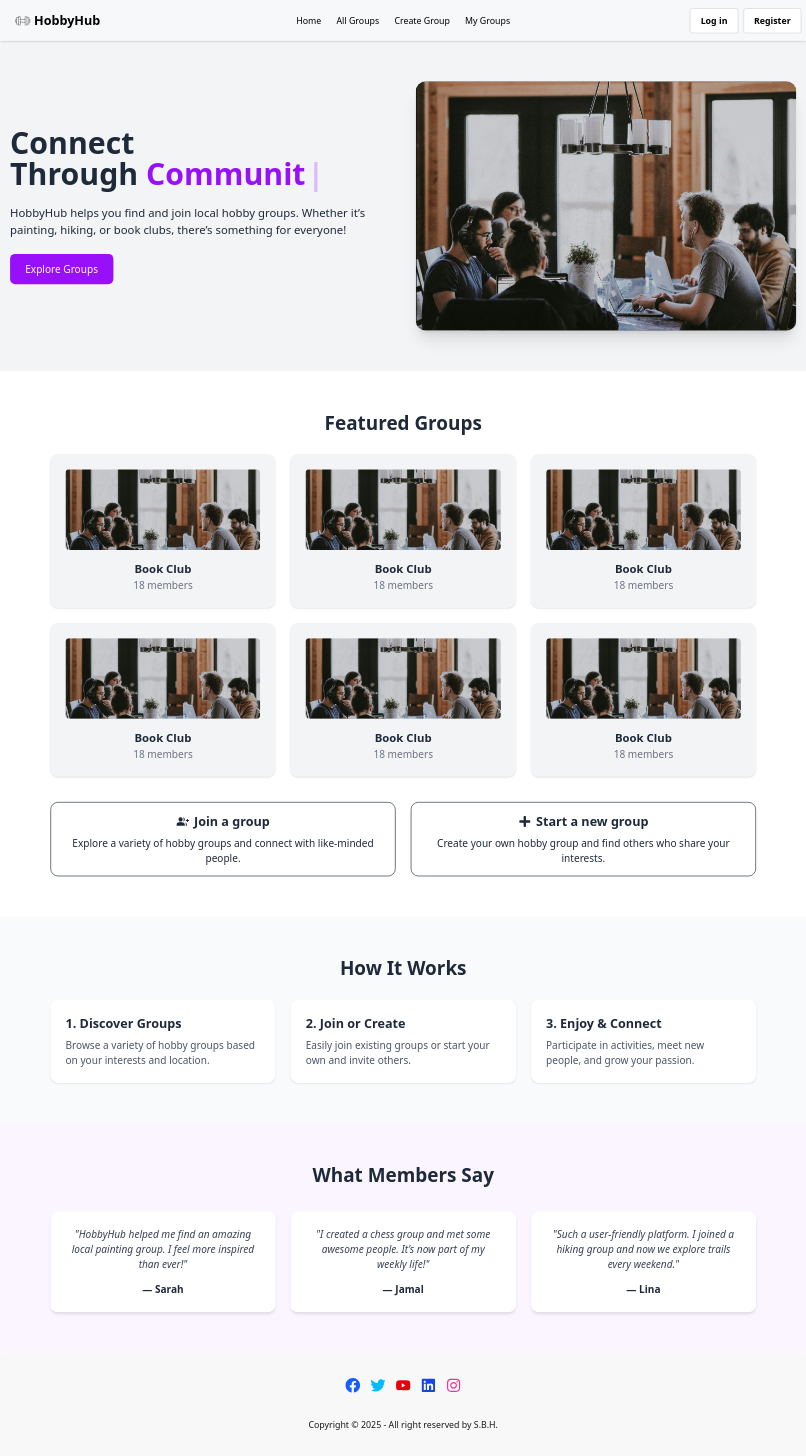
Repository: syedbayzid82849/Hobby_Hub_Client_site
Page: /
These files come from the project's save history. The page is drawn as it stood at one moment and after the next save; the edit follows.
The browser window is 1280 px wide. The pictures show the whole page, at 63% of full size.
The project was rebuilt for these pictures with package versions that can differ from the ones it lists, and the page was loaded fresh each time. Also part of the build but not shown: src/App.jsx.

Above is the page before, as saved 2025-05-20 19:28:40.

### src/main.jsx
import { StrictMode } from 'react'
import { createRoot } from 'react-dom/client'
import './index.css'
import App from './App.jsx'
import { RouterProvider } from 'react-router'
import router from './Routes/Router.jsx'

createRoot(document.getElementById('root')).render(
  <StrictMode>
    <RouterProvider router={router}></RouterProvider>
  </StrictMode>,
)

### src/Routes/Router.jsx
import React from 'react';
import {createBrowserRouter} from "react-router";
import Root from "../Root/Root";
import Home from '../Pages/Home/Home';

const router = createBrowserRouter(
    [
        {
            path: '/',
            element: <Root></Root>,
            children: [
                {
                    index: true,
                    path: '/',
                    element: <Home></Home>
                }
            ]
        }
    ]
);

export default router;

### src/Root/Root.jsx
import React from 'react';
import Navbar from '../Components/Navbar/Navbar';
import { Outlet } from 'react-router';
import Footer from '../Components/Footer/Footer'

const Root = () => {
    return (
        <div className="min-h-screen flex flex-col" >
            <Navbar></Navbar>
            <div className="flex-grow">
                <Outlet></Outlet>
            </div>
            <Footer></Footer>
        </div>
    );
};

export default Root;

### src/Pages/Home/Home.jsx
import { useEffect } from "react";
import { Link } from "react-router";
import { Typewriter } from "react-simple-typewriter";
import { Fade } from "react-awesome-reveal";
import img from '../../assets/hero.png';
import { MdGroupAdd } from "react-icons/md";
import { FaPlus } from "react-icons/fa";



const Home = () => {
    useEffect(() => {
        window.scrollTo(0, 0);
    }, []);

    return (
        <div className="text-gray-800 dark:text-gray-100">
            {/* Hero Section */}
            <section className="bg-gray-100 dark:bg-gray-800">
                <div className="max-w-7xl mx-auto px-4 py-16 flex flex-col-reverse lg:flex-row items-center justify-between gap-10">
                    <div className="lg:w-1/2 space-y-6">
                        <h1 className="text-4xl md:text-5xl font-bold">
                            Connect Through&nbsp;
                            <span className="text-purple-600">
                                <Typewriter
                                    words={["Hobbies", "Creativity", "Community"]}
                                    loop={true}
                                    cursor
                                    cursorStyle="|"
                                    typeSpeed={80}
                                    deleteSpeed={50}
                                    delaySpeed={1500}
                                />
                            </span>
                        </h1>
                        <p className="text-lg">
                            HobbyHub helps you find and join local hobby groups. Whether it’s painting, hiking, or book clubs, there’s something for everyone!
                        </p>
                        <Link to="/groups">
                            <button className="bg-purple-600 text-white px-6 py-3 rounded-lg hover:bg-purple-700 transition-all">
                                Explore Groups
                            </button>
                        </Link>
                    </div>

                    <div className="lg:w-1/2">
                        <img
                            src={img}
                            alt="Hobby Community"
                            className="w-full rounded-2xl shadow-xl"
                        />
                    </div>
                </div>
            </section>

            {/* Featured Groups (Dummy for now) */}
            <section className="py-16 bg-white dark:bg-gray-900">
                <div className="max-w-6xl mx-auto px-4 text-center">
                    <h2 className="text-3xl font-bold mb-8">Featured Groups</h2>
                    <div className="grid grid-cols-1 md:grid-cols-2 lg:grid-cols-3 gap-6">
                        {/* Group Card 1 */}
                        <div className="p-6 bg-gray-100 dark:bg-gray-800 rounded-xl shadow hover:shadow-lg transition">
                            <img
                                src={img}
                                alt=""
                                className="rounded-md w-full h-32 object-cover mb-4"
                            />
                            <h3 className="text-lg font-semibold">Book Club</h3>
                            <p className="text-gray-500">18 members</p>
                        </div>
                        {/* Group Card 1 */}
                        <div className="p-6 bg-gray-100 dark:bg-gray-800 rounded-xl shadow hover:shadow-lg transition">
                            <img
                                src={img}
                                alt=""
                                className="rounded-md w-full h-32 object-cover mb-4"
                            />
                            <h3 className="text-lg font-semibold">Book Club</h3>
                            <p className="text-gray-500">18 members</p>
                        </div>
                        {/* Group Card 1 */}
                        <div className="p-6 bg-gray-100 dark:bg-gray-800 rounded-xl shadow hover:shadow-lg transition">
                            <img
                                src={img}
                                alt=""
                                className="rounded-md w-full h-32 object-cover mb-4"
                            />
                            <h3 className="text-lg font-semibold">Book Club</h3>
                            <p className="text-gray-500">18 members</p>
                        </div>
                        {/* Group Card 1 */}
                        <div className="p-6 bg-gray-100 dark:bg-gray-800 rounded-xl shadow hover:shadow-lg transition">
                            <img
                                src={img}
                                alt=""
                                className="rounded-md w-full h-32 object-cover mb-4"
                            />
                            <h3 className="text-lg font-semibold">Book Club</h3>
                            <p className="text-gray-500">18 members</p>
                        </div>
                        {/* Group Card 1 */}
                        <div className="p-6 bg-gray-100 dark:bg-gray-800 rounded-xl shadow hover:shadow-lg transition">
                            <img
                                src={img}
                                alt=""
                                className="rounded-md w-full h-32 object-cover mb-4"
                            />
                            <h3 className="text-lg font-semibold">Book Club</h3>
                            <p className="text-gray-500">18 members</p>
                        </div>
                        {/* Group Card 1 */}
                        <div className="p-6 bg-gray-100 dark:bg-gray-800 rounded-xl shadow hover:shadow-lg transition">
                            <img
                                src={img}
                                alt=""
                                className="rounded-md w-full h-32 object-cover mb-4"
                            />
                            <h3 className="text-lg font-semibold">Book Club</h3>
                            <p className="text-gray-500">18 members</p>
                        </div>
                    </div>

                </div>
                <div className="max-w-6xl mx-auto px-4 text-center pt-10">
                    <div className="grid grid-cols-1 md:grid-cols-2 gap-6 text-center">
                        <Link to={'/join-group'}>
                            <div className="p-4  rounded-xl border">
                                <h4 className="text-xl font-semibold mb-2 flex justify-center items-center gap-2">
                                    <MdGroupAdd />
                                    Join a group
                                </h4>
                                <p className="">
                                    Explore a variety of hobby groups and connect with like-minded people.
                                </p>
                            </div>
                        </Link>
                        <Link to={'/create-group'}>
                            <div className="p-4  rounded-xl border">
                                <h4 className="text-xl font-semibold mb-2 flex justify-center items-center gap-2 ">
                                    <FaPlus />
                                    Start a new group
                                </h4>
                                <p className="">
                                    Create your own hobby group and find others who share your interests.
                                </p>
                            </div>
                        </Link>
                    </div>
                </div>
            </section>
            <section className="py-16 bg-gray-50 dark:bg-gray-900">
                <div className="max-w-6xl mx-auto px-4 text-center">
                    <Fade direction="up">
                        <h2 className="text-3xl font-bold mb-8">How It Works</h2>
                        <div className="grid grid-cols-1 md:grid-cols-3 gap-6 text-left">
                            <div className="p-6 bg-white dark:bg-gray-800 rounded-xl shadow">
                                <h3 className="text-xl font-semibold mb-2">1. Discover Groups</h3>
                                <p className="text-gray-600 dark:text-gray-400">
                                    Browse a variety of hobby groups based on your interests and location.
                                </p>
                            </div>
                            <div className="p-6 bg-white dark:bg-gray-800 rounded-xl shadow">
                                <h3 className="text-xl font-semibold mb-2">2. Join or Create</h3>
                                <p className="text-gray-600 dark:text-gray-400">
                                    Easily join existing groups or start your own and invite others.
                                </p>
                            </div>
                            <div className="p-6 bg-white dark:bg-gray-800 rounded-xl shadow">
                                <h3 className="text-xl font-semibold mb-2">3. Enjoy & Connect</h3>
                                <p className="text-gray-600 dark:text-gray-400">
                                    Participate in activities, meet new people, and grow your passion.
                                </p>
                            </div>
                        </div>
                    </Fade>
                </div>
            </section>

            <section className="py-16 bg-purple-50 dark:bg-gray-950">
                <div className="max-w-6xl mx-auto px-4 text-center">
                    <Fade direction="up">
                        <h2 className="text-3xl font-bold mb-10">What Members Say</h2>
                        <div className="grid grid-cols-1 md:grid-cols-3 gap-6">
                            <div className="p-6 bg-white dark:bg-gray-800 rounded-xl shadow-md">
                                <p className="italic text-gray-700 dark:text-gray-300">"HobbyHub helped me find an amazing local painting group. I feel more inspired than ever!"</p>
                                <h4 className="mt-4 font-semibold">— Sarah</h4>
                            </div>
                            <div className="p-6 bg-white dark:bg-gray-800 rounded-xl shadow-md">
                                <p className="italic text-gray-700 dark:text-gray-300">"I created a chess group and met some awesome people. It’s now part of my weekly life!"</p>
                                <h4 className="mt-4 font-semibold">— Jamal</h4>
                            </div>
                            <div className="p-6 bg-white dark:bg-gray-800 rounded-xl shadow-md">
                                <p className="italic text-gray-700 dark:text-gray-300">"Such a user-friendly platform. I joined a hiking group and now we explore trails every weekend."</p>
                                <h4 className="mt-4 font-semibold">— Lina</h4>
                            </div>
                        </div>
                    </Fade>
                </div>
            </section>

        </div>
    );
};

export default Home;

### src/Components/Navbar/Navbar.jsx
import { NavLink } from 'react-router';
import logo from '../../assets/logo.png'

const Navbar = () => {

    const links = (
        <>
            <li>
                <NavLink to="/" className="text-black">Home</NavLink>
            </li>
            <li>
                <NavLink to="/companies" className="text-black">All Groups</NavLink>
            </li>
            <li>
                <NavLink to="/blogs" className="text-black">Create Group</NavLink>
            </li>
                        <li>
                <NavLink to="/blogs" className="text-black">My Groups</NavLink>
            </li>
        </>
    );


    return (
        <div className="navbar bg-[#f6f8fa] shadow-sm text-black">
            <div className="navbar-start ">
                <div className="dropdown">
                    <div tabIndex={0} role="button" className="btn btn-ghost lg:hidden text-black">
                        <svg
                            xmlns="http://www.w3.org/2000/svg"
                            className="h-5 w-5"
                            fill="none"
                            viewBox="0 0 24 24"
                            stroke="currentColor"
                        >
                            <path
                                strokeLinecap="round"
                                strokeLinejoin="round"
                                strokeWidth="2"
                                d="M4 6h16M4 12h8m-8 6h16"
                            />
                        </svg>
                    </div>
                    <ul
                        tabIndex={0}
                        className="menu menu-sm dropdown-content bg-white text-black rounded-box z-1 mt-3 w-52 p-2 shadow"
                    >
                        {links}
                        <button>test</button>
                    </ul>

                </div>
                <NavLink to='/'>
                    <button className="btn flex items-center text-xl text-black bg-transparent shadow-none hover:bg-transparent hover:shadow-none focus:shadow-none active:shadow-none border-none "><img src={logo} alt="Logo" className="w-6" />
                    HobbyHub</button>
                </NavLink>
            </div>

            <div className="navbar-center hidden lg:flex">
                <ul className="menu menu-horizontal px-1">{links}</ul>
            </div>

            <div className="navbar-end gap-2">
                <NavLink to="/login" className="btn hidden md:inline-flex text-black bg-white border border-gray-300 hover:bg-gray-100">
                    Log in
                </NavLink>
                <NavLink to="/register" className="btn hidden md:inline-flex text-black bg-white border border-gray-300 hover:bg-gray-100">
                    Register
                </NavLink>

            </div>
        </div>
    );
};

export default Navbar;

### src/Components/Footer/Footer.jsx
import React from "react";
import {
    FaFacebook,
    FaTwitter,
    FaYoutube,
    FaLinkedin,
    FaInstagram,
} from "react-icons/fa";


const Footer = () => {
    return (
        <footer className="footer footer-horizontal footer-center bg-base-200 text-base-content rounded p-10">
            <nav>
                <div className="grid grid-flow-col gap-4 text-2xl">
                    <a
                        href="https://facebook.com/syed.bayzidhusain/"
                        target="_blank"
                        rel="noopener noreferrer"
                    >
                        <FaFacebook className="text-blue-600 hover:scale-110 transition-transform duration-200" />
                    </a>
                    <a
                        href="https://x.com/SyedBayzid82849"
                        target="_blank"
                        rel="noopener noreferrer"
                    >
                        <FaTwitter className="text-sky-400 hover:scale-110 transition-transform duration-200" />
                    </a>
                    <a
                        href="https://youtube.com/@SyedBayzid0.1"
                        target="_blank"
                        rel="noopener noreferrer"
                    >
                        <FaYoutube className="text-red-600 hover:scale-110 transition-transform duration-200" />
                    </a>
                    <a
                        href="https://linkedin.com/in/syed-bayzid-b91343329"
                        target="_blank"
                        rel="noopener noreferrer"
                    >
                        <FaLinkedin className="text-blue-700 hover:scale-110 transition-transform duration-200" />
                    </a>
                    <a
                        href="https://www.instagram.com/syedbayzidhusain/"
                        target="_blank"
                        rel="noopener noreferrer"
                    >
                        <FaInstagram className="text-pink-500 hover:scale-110 transition-transform duration-200" />
                    </a>

                </div>
            </nav>
            <aside>
                <p>Copyright © {new Date().getFullYear()} - All right reserved by S.B.H.</p>
            </aside>
        </footer>
    );
};

export default Footer;

Loaded but not shown: index.html (common file); src/index.css (common file); src/App.css (no stored copy; drawn as an empty file)

After the next save:
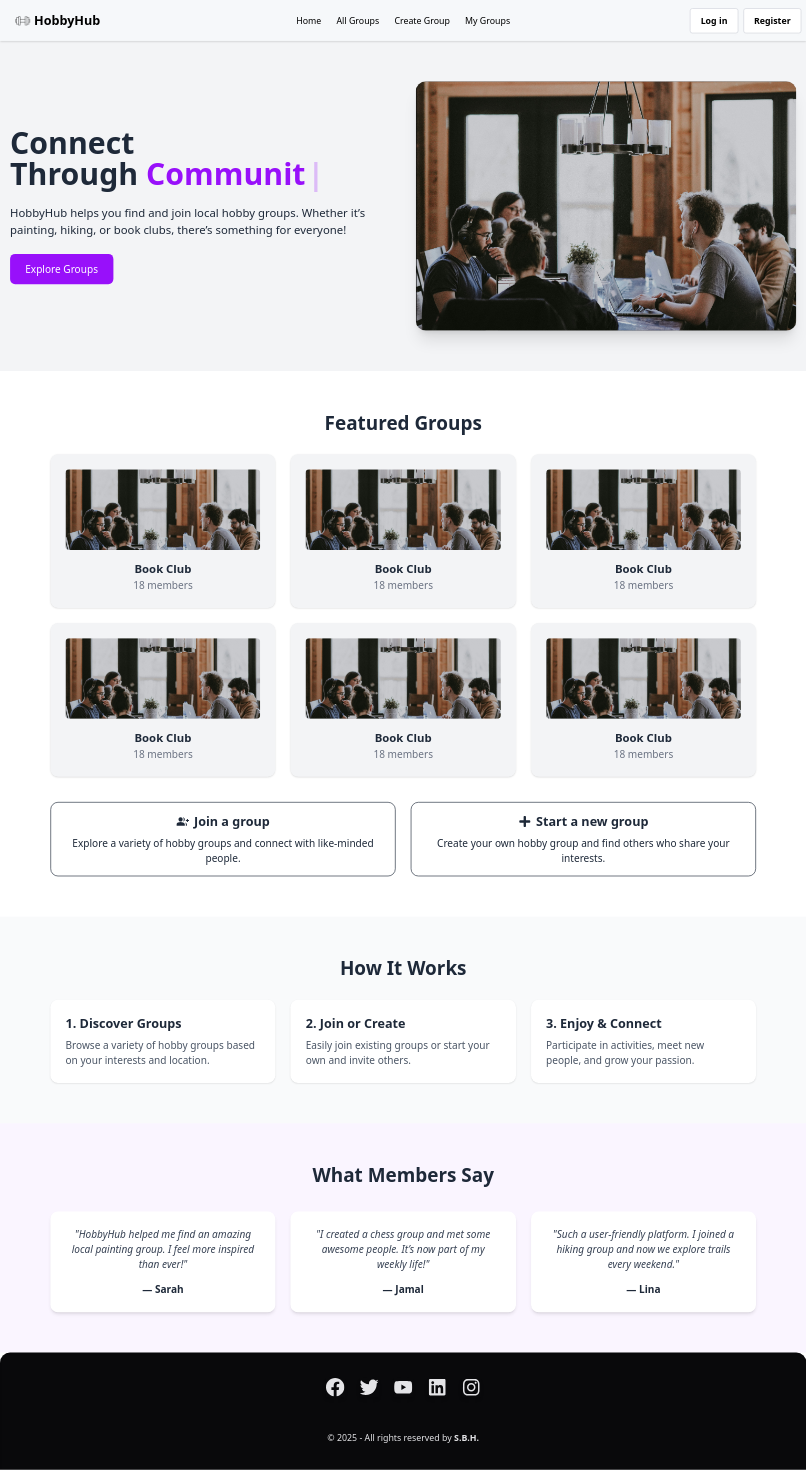
Saved 4 min 1 s later.
--- a/src/Components/Footer/Footer.jsx
+++ b/src/Components/Footer/Footer.jsx
@@ -7,52 +7,52 @@ import {
     FaInstagram,
 } from "react-icons/fa";
 
-
 const Footer = () => {
     return (
-        <footer className="footer footer-horizontal footer-center bg-base-200 text-base-content rounded p-10">
+        <footer className="footer footer-horizontal footer-center bg-neutral text-neutral-content p-10 rounded-t-2xl shadow-inner">
             <nav>
-                <div className="grid grid-flow-col gap-4 text-2xl">
+                <div className="grid grid-flow-col gap-6 text-3xl">
                     <a
                         href="https://facebook.com/syed.bayzidhusain/"
                         target="_blank"
                         rel="noopener noreferrer"
                     >
-                        <FaFacebook className="text-blue-600 hover:scale-110 transition-transform duration-200" />
+                        <FaFacebook className="hover:text-blue-400 hover:scale-125 transition-all duration-300 shadow-md" />
                     </a>
                     <a
                         href="https://x.com/SyedBayzid82849"
                         target="_blank"
                         rel="noopener noreferrer"
                     >
-                        <FaTwitter className="text-sky-400 hover:scale-110 transition-transform duration-200" />
+                        <FaTwitter className="hover:text-sky-300 hover:scale-125 transition-all duration-300 shadow-md" />
                     </a>
                     <a
                         href="https://youtube.com/@SyedBayzid0.1"
                         target="_blank"
                         rel="noopener noreferrer"
                     >
-                        <FaYoutube className="text-red-600 hover:scale-110 transition-transform duration-200" />
+                        <FaYoutube className="hover:text-red-400 hover:scale-125 transition-all duration-300 shadow-md" />
                     </a>
                     <a
                         href="https://linkedin.com/in/syed-bayzid-b91343329"
                         target="_blank"
                         rel="noopener noreferrer"
                     >
-                        <FaLinkedin className="text-blue-700 hover:scale-110 transition-transform duration-200" />
+                        <FaLinkedin className="hover:text-blue-300 hover:scale-125 transition-all duration-300 shadow-md" />
                     </a>
                     <a
                         href="https://www.instagram.com/syedbayzidhusain/"
                         target="_blank"
                         rel="noopener noreferrer"
                     >
-                        <FaInstagram className="text-pink-500 hover:scale-110 transition-transform duration-200" />
+                        <FaInstagram className="hover:text-pink-400 hover:scale-125 transition-all duration-300 shadow-md" />
                     </a>
-
                 </div>
             </nav>
-            <aside>
-                <p>Copyright © {new Date().getFullYear()} - All right reserved by S.B.H.</p>
+            <aside className="mt-4">
+                <p className="hover:text-primary transition-colors duration-200">
+                    © {new Date().getFullYear()} - All rights reserved by <strong>S.B.H.</strong>
+                </p>
             </aside>
         </footer>
     );
